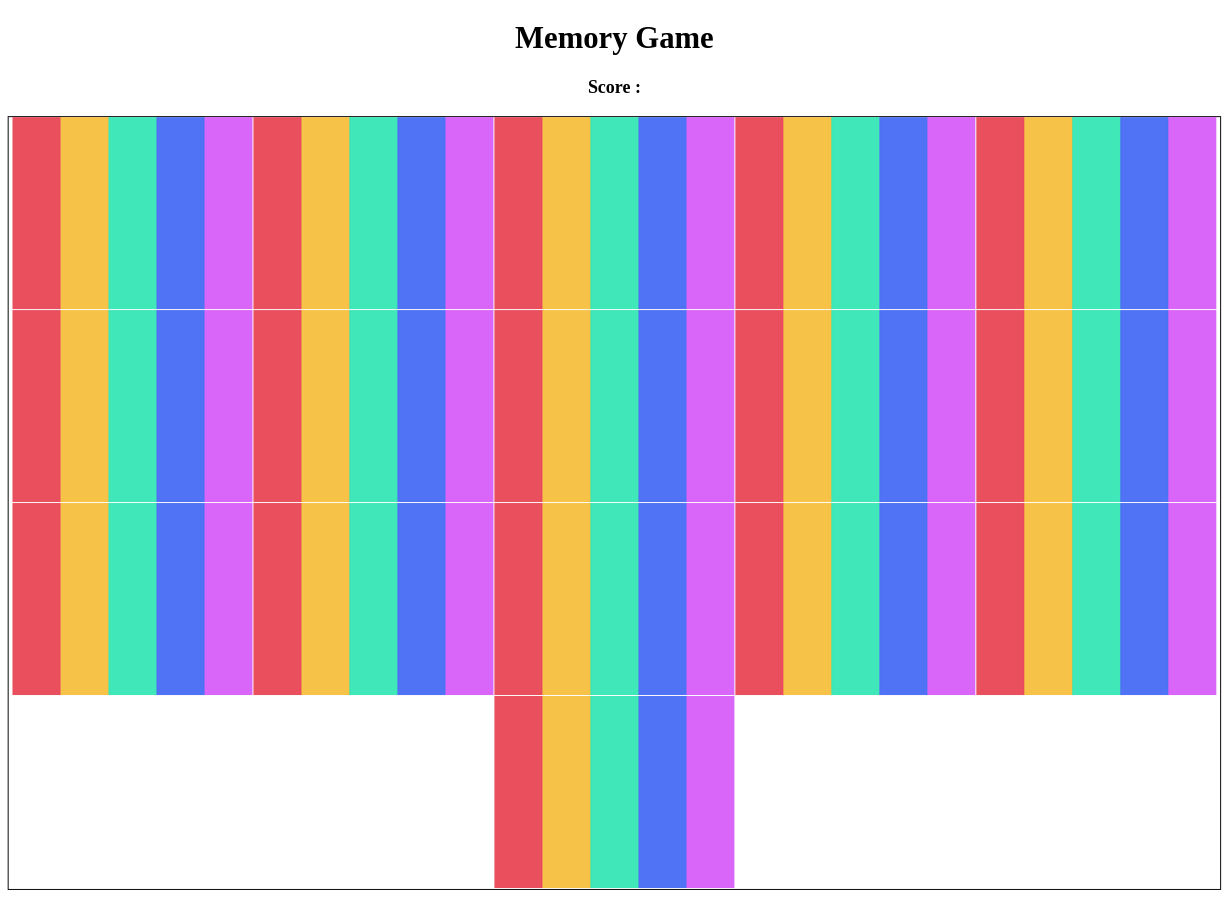
Repository: divyaravada/javascript-games
Page: memory-game/memorygame.html
The author's editor kept a copy of each file at every save. The page is drawn from the files as they stood at one save, then again after the next save.
The browser window is 1280 px wide. The pictures show the whole page, at 96% of full size.

Above is the page before, as saved 2022-03-15 16:52:13.

### memory-game/memorygame.html
<!DOCTYPE html>
<html lang="en">
  <head>
    <meta charset="UTF-8" />
    <title>Memory Game</title>
    <link rel="stylesheet" href="./memorystyle.css" />
  </head>
  <body>
    <div>
      <h1>Memory Game</h1>
    </div>

    <div>
      <h3>Score : <span id="result"></span></h3>
    </div>

    <div id="grid"></div>

    <script src="./memory.js"></script>
  </body>
</html>

### memory-game/memorystyle.css
* {
  text-align: center;
  align-items: center;
  justify-content: center;
}
#grid {
  display: flex;
  flex-wrap: wrap;
  border: 1px solid black;
}
#grid img {
  width: 250px;
  height: 200px;
  padding: 0.5px;
}

### memory-game/memory.js
const cardArray = [
  {
    name: "redcar",
    img: "images/redcar.png",
  },
  {
    name: "whitecar",
    img: "images/whitecar.png",
  },
  {
    name: "yellowcar",
    img: "images/yellowcar.jpg",
  },
  {
    name: "purplecar",
    img: "images/purplecar.png",
  },
  {
    name: "greencar",
    img: "images/greencar.png",
  },
  {
    name: "browncar",
    img: "images/browncar.png",
  },
  {
    name: "bluecar",
    img: "images/bluecar.jpg",
  },
  {
    name: "blackcar",
    img: "images/blackcar.png",
  },
  {
    name: "redcar",
    img: "images/redcar.png",
  },
  {
    name: "whitecar",
    img: "images/whitecar.png",
  },
  {
    name: "yellowcar",
    img: "images/yellowcar.jpg",
  },
  {
    name: "purplecar",
    img: "images/purplecar.png",
  },
  {
    name: "greencar",
    img: "images/greencar.png",
  },
  {
    name: "browncar",
    img: "images/browncar.png",
  },
  {
    name: "bluecar",
    img: "images/bluecar.jpg",
  },
  {
    name: "blackcar",
    img: "images/blackcar.png",
  },
];

cardArray.sort(() => 0.5 - Math.random());

const gridDisplay = document.querySelector("#grid");
const resultDisplay = document.querySelector("#result");
let cardsChoosen = [];
let cardsChoosenIds = [];
const cardsWon = [];

function createBoard() {
  for (let i = 0; i < cardArray.length; i++) {
    const card = document.createElement("img");
    card.setAttribute("src", "images/rainbow.png");
    card.setAttribute("data-id", i);
    card.addEventListener("click", flipCard);
    gridDisplay.appendChild(card);
  }
}
createBoard();

function checkMatch() {
  const cards = document.querySelectorAll("img");
  const optionOneId = cardsChoosenIds[0];
  const optionTwoId = cardsChoosenIds[1];
  if (optionOneId == optionTwoId) {
    cards[optionOneId].setAttribute("src", "images/rainbow.png");
    cards[optionTwoId].setAttribute("src", "images/rainbow.png");
    alert("You have clicked the same image!");
  }

  if (cardsChoosen[0] == cardsChoosen[1]) {
    alert("You found a match");
    cards[optionOneId].setAttribute("src", "images/white.png");
    cards[optionTwoId].setAttribute("src", "images/white.png");
    cards[optionOneId].removeEventListener("click", flipCard);
    cards[optionTwoId].removeEventListener("click", flipCard);
    cardsWon.push(cardsChoosen);
  } else {
    cards[optionOneId].setAttribute("src", "images/rainbow.png");
    cards[optionTwoId].setAttribute("src", "images/rainbow.png");
    alert("Sorry Try again!");
  }
  resultDisplay.textContent = cardsWon.length;
  cardsChoosen = [];
  cardsChoosenIds = [];

  if (cardsWon.length == cardArray.length / 2) {
    resultDisplay.textContent = "Congratulations you found them all";
  }
}

function flipCard() {
  const cardId = this.getAttribute("data-id");
  cardsChoosen.push(cardArray[cardId].name);
  cardsChoosenIds.push(cardId);
  this.setAttribute("src", cardArray[cardId].img);
  if (cardsChoosen.length === 2) {
    setTimeout(checkMatch, 500);
  }
}

After the next save:
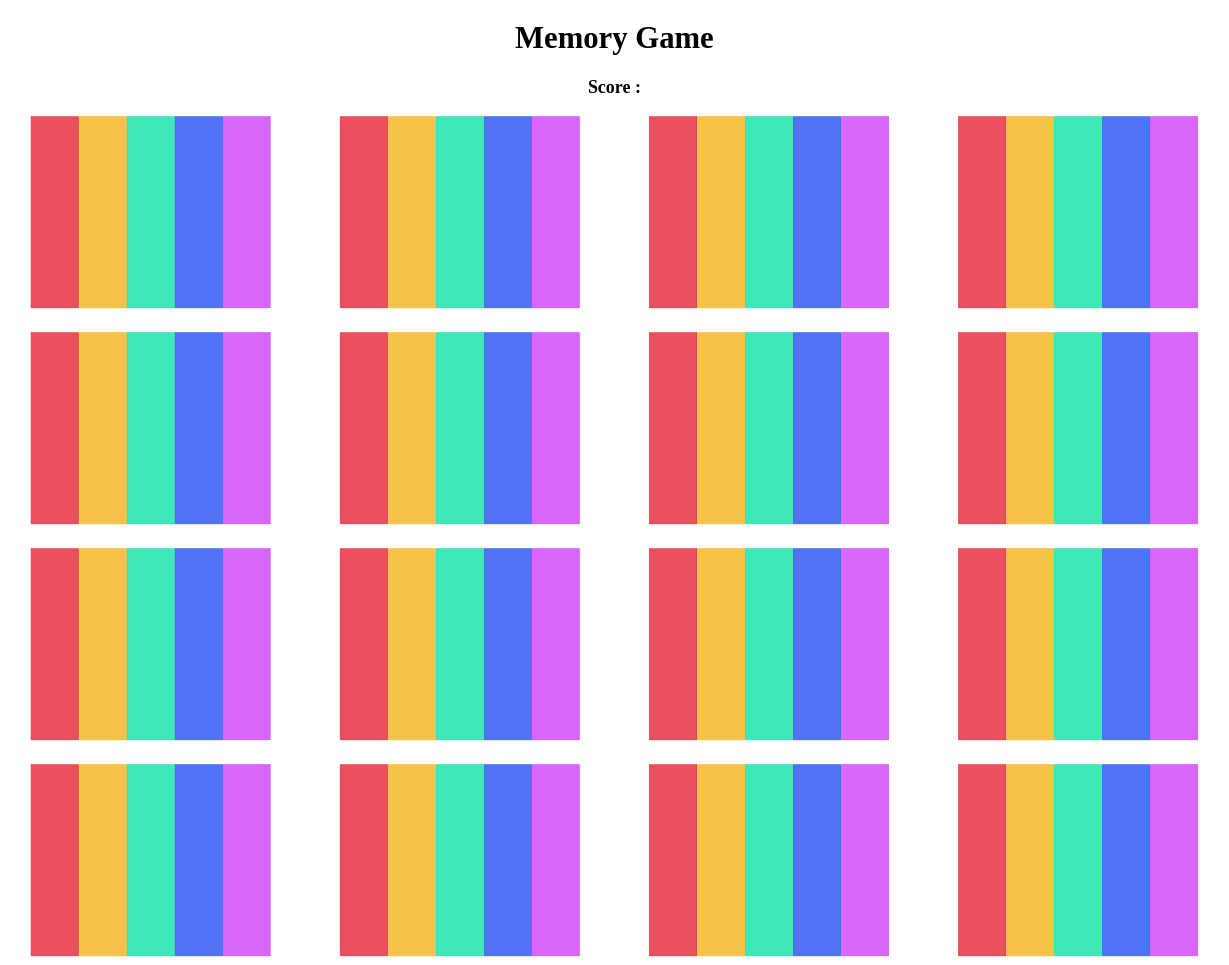
Saved 9 min 57 s later.
--- a/memory-game/memorystyle.css
+++ b/memory-game/memorystyle.css
@@ -4,9 +4,12 @@
   justify-content: center;
 }
 #grid {
-  display: flex;
-  flex-wrap: wrap;
-  border: 1px solid black;
+  display: grid;
+  grid-template-columns: repeat(auto-fit, minmax(250px, 1fr));
+  grid-gap: 1.5rem;
+  justify-items: center;
+  margin: 0;
+  padding: 0;
 }
 #grid img {
   width: 250px;
